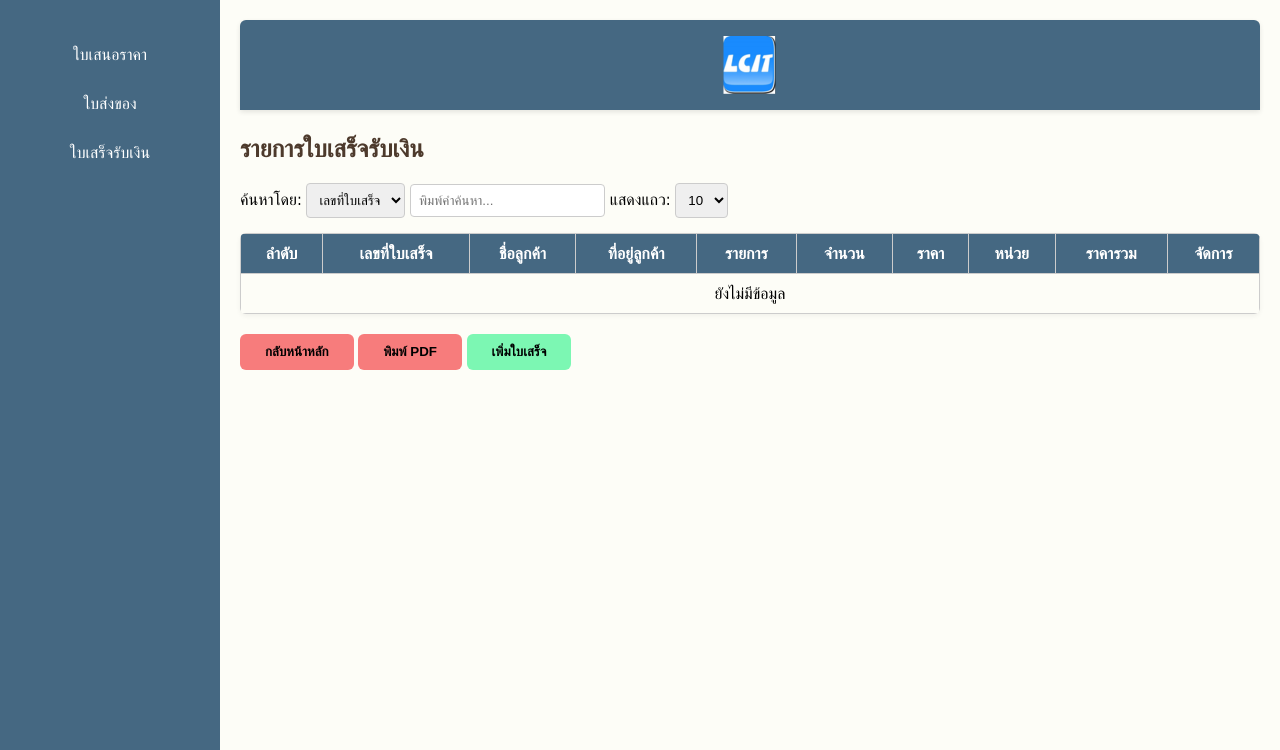
Repository: Hermesmercury88/shop_it
Page: http://localhost/shop/list/all_receipts2.php
An editor plug-in stored every save of this project. The page is shown before and after the next save, followed by the edit.
The browser window is 1280 px wide. The pictures show the whole page.
The page is run by PHP 8.4 with error messages shown; the project is at /var/www/html/. Queries for data that is not in the repository find no rows.

Above is the page before, as saved 2025-09-24 23:42:43.

### list/all_receipts2.php
<?php
$host = "localhost";
$user = "root";
$pass = "";
$dbname = "shop_it2";

// เชื่อมต่อฐานข้อมูล
$conn = new mysqli($host, $user, $pass, $dbname);
if ($conn->connect_error) {
    die("เชื่อมต่อฐานข้อมูลล้มเหลว: " . $conn->connect_error);
}

// ดึงข้อมูลจาก receipts + receipt_items
// ดึงข้อมูลจาก receipts + receipt_items
$sql = "
    SELECT
        i.id AS item_id,
        r.order_no,
        r.customer_name,
        r.customer_address,
        i.item_name,
        i.qty,
        i.price,
        i.unit,
        i.total
    FROM receipts r
    JOIN receipt_items i ON i.receipt_id = r.id
    ORDER BY r.id, i.id
";
$result = $conn->query($sql);
?>

<!DOCTYPE html>
<html lang="th">
<head>
<meta charset="UTF-8">
<title>ใบเสร็จรับเงิน</title>
<style>
body {
    margin: 0;
    font-family: Tahoma, sans-serif;
    background: #fdfdf7ff;
}

/* Sidebar */
.sidebar {
    width: 220px;
    height: 100vh;
    background: #456882;
    float: left;
    color: #fff;
    display: flex;
    flex-direction: column;
    align-items: center;
    padding-top: 30px;
}
.sidebar a {
    color: #fff;
    text-decoration: none;
    margin: 15px 0;
    display: block;
    width: 100%;
    text-align: center;
    transition: background 0.3s;
}
.sidebar a:hover {
    background: rgba(255,255,255,0.2);
    border-radius: 6px;
}

/* Content */
.content {
    margin-left: 220px;
    padding: 20px;
}

/* Topbar */
.topbar {
    background: #456882;
    padding: 15px 0;
    text-align: center;
    margin-bottom: 25px;
    box-sizing: border-box;
    border-radius: 6px 6px 0 0;
    box-shadow: 0 2px 5px rgba(0,0,0,0.1);
}
.topbar img {
    max-height: 60px;
    display: block;
    margin: 0 auto;
}

/* Headline */
h2 {
    margin: 20px 0;
    font-weight: 600;
    color: #4d3a2c;
}

/* Table */
table {
    width: 100%;
    border-collapse: collapse;
    border-radius: 6px;
    overflow: hidden;
    box-shadow: 0 2px 5px rgba(0,0,0,0.05);
}
th, td {
    border: 1px solid #ccc;
    padding: 10px;
    text-align: center;
    transition: background 0.3s;
}
th {
    background: #456882;
    font-weight: 600;
    color: #fff; /* ทำให้ตัวอักษรเป็นสีขาว */
}
tr:nth-child(even) {
    background: #fdf5ef;
}
tr:hover {
    background: #DDDAD0;
}

/* Search box */
.search-box {
    margin: 10px 0 15px;
}
input, select {
    padding: 8px;
    border: 1px solid #ccc;
    border-radius: 4px;
    outline: none;
}
input:focus, select:focus {
    border-color: #b89172;
}

/* PDF button */
.btn-pdf {
    margin-top: 20px;
    background: #f77c7c;
    color: #000;
    padding: 10px 25px;
    border: none;
    border-radius: 6px;
    cursor: pointer;
    font-weight: bold;
    transition: background 0.3s;
}
.btn-pdf:hover {
    background: #f55c5c;
}

.action-btn {
    padding: 5px 10px;
    border: none;
    border-radius: 4px;
    cursor: pointer;
    margin: 2px;
}

.btn-upload {
    margin-top: 20px;
    background: #7cf7b3ff;
    color: #000;
    padding: 10px 25px;
    border: none;
    border-radius: 6px;
    cursor: pointer;
    font-weight: bold;
    transition: background 0.3s;
}
.btn-upload:hover {
    background: #3ad334ff;
}

.btn-edit { background: #4caf50; color: #fff; }
.btn-save { background: #2196f3; color: #fff; }
.btn-cancel { background: #777; color: #fff; }
.btn-delete { background: #f44336; color: #fff; }

/* Print PDF */
@media print {
    @page {
        size: A4 portrait;
        margin: 5mm;
    }

    body {
        background: #fff;
        margin: 0;
        font-size: 12pt;
    }

    .sidebar,
    .search-box,
    .btn-pdf,
    .btn-upload,
    .btn-edit,
    .btn-delete
    {
        display: none !important;
    }

    table {
        border-collapse: collapse;
        width: auto;            /* ขนาดตามเนื้อหา */
        margin: 0;              /* ชิดซ้ายสุด */
        border: 5px solid #000; /* เส้นรอบตารางหนาชัด */
    }

    th, td {
        border: 1px solid #000; /* เส้นด้านในปกติ */
        padding: 6px;
        text-align: center;
    }

    /* ซ่อนคอลัมน์สุดท้าย */
    table th:last-child,
    table td:last-child {
        display: none !important;
    }

}
</style>
</head>
<body>
<div class="sidebar">
    <a href="http://localhost/shop/list/all_quotations2.php">ใบเสนอราคา</a>
    <a href="http://localhost/shop/list/all_deliveries2.php">ใบส่งของ</a>
    <a href="http://localhost/shop/list/all_receipts2.php">ใบเสร็จรับเงิน</a>
</div>

<div class="content">
    <div class="topbar">
        <img src="../pic/mylogo.png" alt="LOGO">
    </div>

    <h2>รายการใบเสร็จรับเงิน</h2>

    <div class="search-box">
        <label>ค้นหาโดย: </label>
        <select id="searchColumn">
            <option value="1">เลขที่ใบเสร็จ</option>
            <option value="2">ชื่อลูกค้า</option>
        </select>
        <input type="text" id="searchInput" placeholder="พิมพ์คำค้นหา...">
        <label>แสดงแถว: </label>
        <select id="rowsPerPage">
            <option value="5">5</option>
            <option value="10" selected>10</option>
            <option value="20">20</option>
            <option value="50">50</option>
        </select>
    </div>

    <table id="receiptTable">
        <thead>
            <tr>
                <th>ลำดับ</th>
                <th>เลขที่ใบเสร็จ</th>
                <th>ชื่อลูกค้า</th>
                <th>ที่อยู่ลูกค้า</th>
                <th>รายการ</th>
                <th>จำนวน</th>
                <th>ราคา</th>
                <th>หน่วย</th>
                <th>ราคารวม</th>
                <th>จัดการ</th>
            </tr>
        </thead>
        <tbody>
        <?php
        $no=1;
        if($result->num_rows>0){
            while($row=$result->fetch_assoc()){
                echo "<tr data-id='{$row['item_id']}'>";
                echo "<td>".$no++."</td>";
                echo "<td class='editable'>".htmlspecialchars($row['order_no'])."</td>";
                echo "<td class='editable'>".htmlspecialchars($row['customer_name'])."</td>";
                echo "<td class='editable'>".htmlspecialchars($row['customer_address'])."</td>";
                echo "<td class='editable'>".htmlspecialchars($row['item_name'])."</td>";
                echo "<td class='editable col-qty'>{$row['qty']}</td>";
                echo "<td class='editable col-price'>".number_format($row['price'],2)."</td>";
                echo "<td class='editable'>".htmlspecialchars($row['unit'])."</td>";
                echo "<td class='editable col-total'>".number_format($row['total'],2)."</td>";
                echo "<td>
                        <button class='action-btn btn-edit'>แก้ไข</button>
                        <button class='action-btn btn-delete'>ลบ</button>
                      </td>";
                echo "</tr>";
            }
        }else{
            echo "<tr><td colspan='10'>ยังไม่มีข้อมูล</td></tr>";
        }
        ?>
        </tbody>
    </table>

    <button class="btn-pdf" onclick="window.location.href='../index.html'">กลับหน้าหลัก</button>
    <button class="btn-pdf" onclick="window.print()">พิมพ์ PDF</button>
    <button class="btn-upload" onclick="window.open('../receipts2.html', '_blank')">เพิ่มใบเสร็จ</button>
</div>

<script>
// ✅ ค้นหา
document.getElementById("searchInput").addEventListener("keyup",function(){
    let input=this.value.toLowerCase();
    let rows=document.querySelectorAll("#receiptTable tbody tr");
    let col=parseInt(document.getElementById("searchColumn").value);
    rows.forEach(r=>{
        let cell=r.getElementsByTagName("td")[col];
        if(cell) r.style.display=cell.textContent.toLowerCase().includes(input)?"":"none";
    });
    updateTableRows();
});

// ✅ จำกัดจำนวนแถว
function updateTableRows(){
    let rowsPerPage=parseInt(document.getElementById("rowsPerPage").value);
    let rows=document.querySelectorAll("#receiptTable tbody tr");
    let count=0;
    rows.forEach(r=>{
        if(r.style.display!=="none"){
            count++;
            r.style.display=(count<=rowsPerPage)?"":"none";
        }
    });
}
document.getElementById("rowsPerPage").addEventListener("change",updateTableRows);
updateTableRows();

// ✅ แก้ไข/บันทึก/ยกเลิก
document.querySelectorAll(".btn-edit").forEach(btn => {
    btn.addEventListener("click", function() {
        let row = this.closest("tr");
        let tds = row.querySelectorAll(".editable");

        if (this.textContent === "แก้ไข") {
            // แปลงเป็น input
            tds.forEach(td => {
                let val = td.textContent.trim();
                td.innerHTML = `<input value="${val}">`;
            });

            // ✅ จับช่อง qty, price, total
            let qtyInput = row.querySelector(".col-qty input");
            let priceInput = row.querySelector(".col-price input");
            let totalCell = row.querySelector(".col-total");

            // ฟังก์ชันคำนวณราคารวม
            function updateTotal() {
                let qtyStr = qtyInput.value.trim().replace(/,/g, "");
                let priceStr = priceInput.value.trim().replace(/,/g, "");

                if (!qtyStr) qtyStr = "0";
                if (!priceStr) priceStr = "0";

                let total = parseFloat(qtyStr) * parseFloat(priceStr);

                if (Number.isInteger(total)) {
                    totalCell.innerHTML = `<input value="${total}">`; // ถ้าเป็นเลขกลม
                } else {
                    totalCell.innerHTML = `<input value="${total.toFixed(2)}">`; // ถ้ามีเศษทศนิยม
                }
            }

            // ✅ คำนวณ total เดิมทันที
            updateTotal();

            qtyInput.addEventListener("input", updateTotal);
            priceInput.addEventListener("input", updateTotal);

            this.textContent = "บันทึก";
            this.className = "action-btn btn-save";

            let cancelBtn = document.createElement("button");
            cancelBtn.textContent = "ยกเลิก";
            cancelBtn.className = "action-btn btn-cancel";
            this.after(cancelBtn);
            cancelBtn.addEventListener("click", () => location.reload());

        } else {
            // ✅ เก็บค่า input ส่งไป PHP
            let data = [];
            tds.forEach(td => {
                let val = td.querySelector("input").value.trim().replace(/,/g, "");
                let num = parseFloat(val);

                if (!isNaN(num)) {
                    if (Number.isInteger(num)) {
                        data.push(num.toString()); // เก็บเป็น int ถ้าเลขกลม เช่น 7500
                    } else {
                        data.push(num.toFixed(2)); // เก็บทศนิยมถ้ามี เช่น 7500.50
                    }
                } else {
                    data.push(val); // เผื่อเป็นข้อความ เช่น "รายการ"
                }
            });
            let id = row.dataset.id;

            fetch("update_receipts2_item.php", {
                method: "POST",
                headers: {"Content-Type": "application/json"},
                body: JSON.stringify({id, data})
            }).then(r => r.json()).then(res => {
                if (res.success) location.reload();
                else alert("บันทึกไม่สำเร็จ");
            });
        }
    });
});

// ✅ ลบ
document.querySelectorAll(".btn-delete").forEach(btn=>{
    btn.addEventListener("click",function(){
        if(!confirm("คุณต้องการลบข้อมูลนี้หรือไม่?")) return;
        let row=this.closest("tr");
        let id=row.dataset.id;
        fetch("delete_receipts2_item.php",{
            method:"POST",
            headers:{"Content-Type":"application/json"},
            body:JSON.stringify({id})
        }).then(r=>r.json()).then(res=>{
            if(res.success) row.remove();
            else alert("ลบไม่สำเร็จ");
        });
    });
});
</script>
</body>
</html>
<?php $conn->close(); ?>

After the next save:
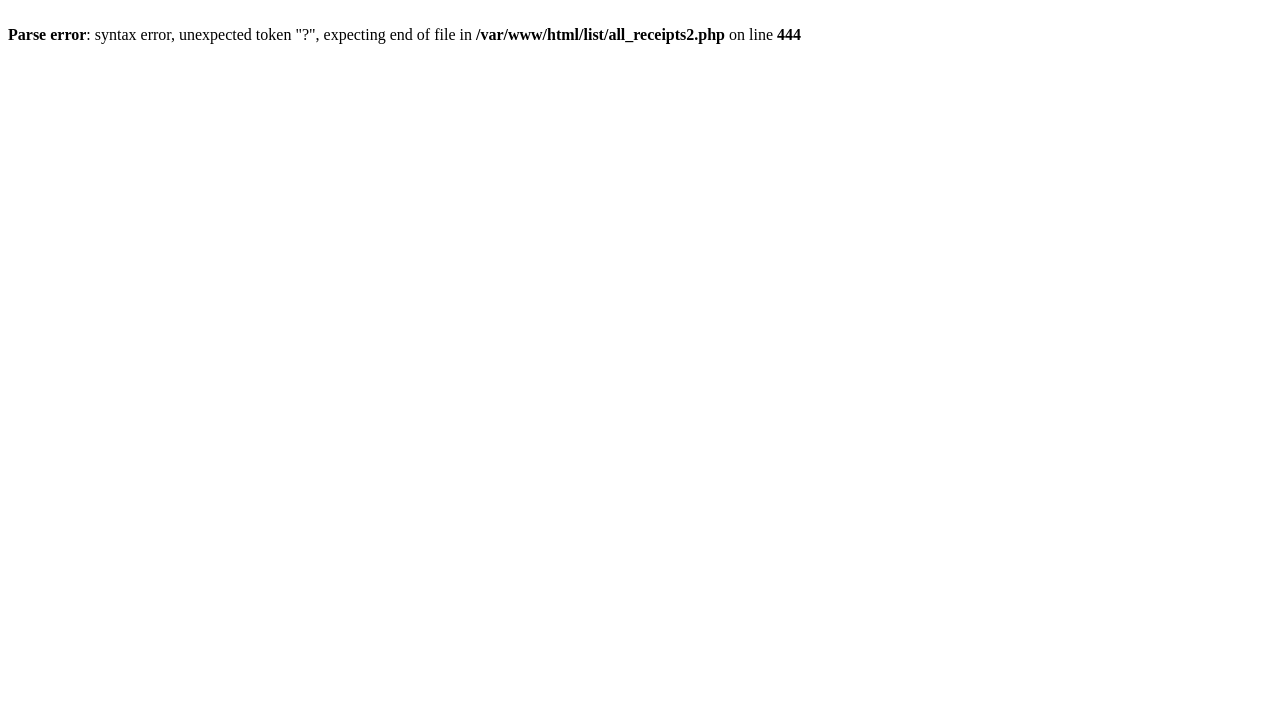
Saved 96 s later.
--- a/list/all_receipts2.php
+++ b/list/all_receipts2.php
@@ -305,31 +305,37 @@ input:focus, select:focus {
 </div>
 
 <script>
-// ✅ ค้นหา
-document.getElementById("searchInput").addEventListener("keyup",function(){
-    let input=this.value.toLowerCase();
-    let rows=document.querySelectorAll("#receiptTable tbody tr");
-    let col=parseInt(document.getElementById("searchColumn").value);
-    rows.forEach(r=>{
-        let cell=r.getElementsByTagName("td")[col];
-        if(cell) r.style.display=cell.textContent.toLowerCase().includes(input)?"":"none";
-    });
-    updateTableRows();
+// ✅ ฟังก์ชันค้นหา
+document.getElementById("searchInput").addEventListener("keyup", function() {
+    let input = this.value.toLowerCase();
+    let table = document.getElementById("receiptTable");
+    let rows = table.getElementsByTagName("tr");
+    let column = parseInt(document.getElementById("searchColumn").value);
+
+    for (let i = 1; i < rows.length; i++) {
+        let cell = rows[i].getElementsByTagName("td")[column];
+        if (cell) {
+            let text = cell.textContent.toLowerCase();
+            rows[i].style.display = text.includes(input) ? "" : "none";
+        }
+    }
 });
 
-// ✅ จำกัดจำนวนแถว
-function updateTableRows(){
-    let rowsPerPage=parseInt(document.getElementById("rowsPerPage").value);
-    let rows=document.querySelectorAll("#receiptTable tbody tr");
-    let count=0;
-    rows.forEach(r=>{
-        if(r.style.display!=="none"){
+// ✅ ฟังก์ชันเลือกจำนวนแถว
+function updateTableRows() {
+    let rowsPerPage = parseInt(document.getElementById("rowsPerPage").value);
+    let table = document.getElementById("receiptTable");
+    let rows = table.getElementsByTagName("tr");
+
+    let count = 0;
+    for (let i = 1; i < rows.length; i++) {
+        if (rows[i].style.display !== "none") {
             count++;
-            r.style.display=(count<=rowsPerPage)?"":"none";
+            rows[i].style.display = (count <= rowsPerPage) ? "" : "none";
         }
-    });
-}
-document.getElementById("rowsPerPage").addEventListener("change",updateTableRows);
+    }
+}
+document.getElementById("rowsPerPage").addEventListener("change", updateTableRows);
 updateTableRows();
 
 // ✅ แก้ไข/บันทึก/ยกเลิก
@@ -401,7 +407,7 @@ document.querySelectorAll(".btn-edit").forEach(btn => {
             });
             let id = row.dataset.id;
 
-            fetch("update_receipts2_item.php", {
+            fetch("update_receipts_item.php", {
                 method: "POST",
                 headers: {"Content-Type": "application/json"},
                 body: JSON.stringify({id, data})
@@ -413,23 +419,26 @@ document.querySelectorAll(".btn-edit").forEach(btn => {
     });
 });
 
+
 // ✅ ลบ
-document.querySelectorAll(".btn-delete").forEach(btn=>{
-    btn.addEventListener("click",function(){
-        if(!confirm("คุณต้องการลบข้อมูลนี้หรือไม่?")) return;
-        let row=this.closest("tr");
-        let id=row.dataset.id;
-        fetch("delete_receipts2_item.php",{
-            method:"POST",
-            headers:{"Content-Type":"application/json"},
-            body:JSON.stringify({id})
-        }).then(r=>r.json()).then(res=>{
-            if(res.success) row.remove();
+document.querySelectorAll(".btn-delete").forEach(btn => {
+    btn.addEventListener("click", function() {
+        if (!confirm("คุณต้องการลบข้อมูลนี้หรือไม่?")) return;
+        let row = this.closest("tr");
+        let id = row.dataset.id;
+
+        fetch("delete_receipts_item.php", {
+            method: "POST",
+            headers: {"Content-Type": "application/json"},
+            body: JSON.stringify({id})
+        }).then(r => r.json()).then(res => {
+            if (res.success) row.remove();
             else alert("ลบไม่สำเร็จ");
         });
     });
 });
 </script>
+
 </body>
 </html>
-<?php $conn->close(); ?>
+<?php $conn->close(); ?
